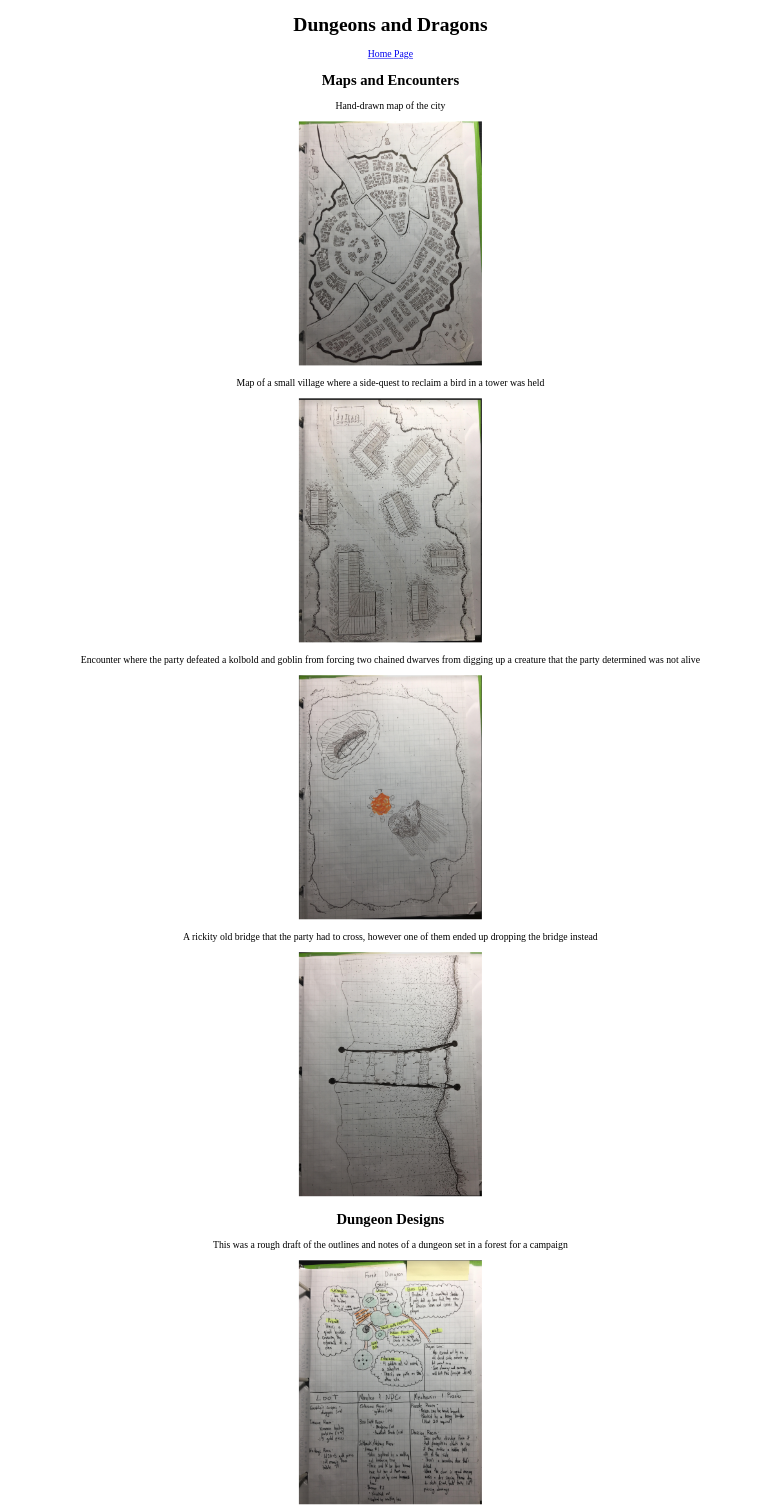
Repository: MaiJun21/MaiJun21.github.io
Page: dnd.html
The author's editor kept a record of every edit. The page is drawn from the files as they stood at one moment, then again after the next edit.
The browser window is 1280 px wide. The pictures show the whole page, at 61% of full size.

Above is the page before.

### dnd.html
<!DOCTYPE html>
<html>
<head>
<title>Page Title</title>
</head>
<center>
<body>

<h1 style="text-align:center;">Dungeons and Dragons</h1>
<a href="index.html">Home Page</a>

<h2 style="dnd/text-align:center;">Maps and Encounters</h2>
<p>Hand-drawn map of the city</p>

<img src="dnd/city.PNG" alt="Map of City" width="300" height="400">
<p>Map of a small village where a side-quest to reclaim a bird in a tower was held</p>

<img src="dnd/bub_town.PNG" alt="Map of Small Village" width="300" height="400">
<p>Encounter where the party defeated a kolbold and goblin from forcing two chained
dwarves from digging up a creature that the party determined was not alive</p>

<img src="dnd/thing_encounter.PNG" alt="Free Dwarves Encounter" width="300" height="400">
<p>A rickity old bridge that the party had to cross, however one of them
ended up dropping the bridge instead</p>

<img src="dnd/bridge_encounter.PNG" alt="Bridge Encounter" width="300" height="400">





<br>
<h2 style="text-align:center;">Dungeon Designs</h2>
<p>This was a rough draft of the outlines and notes of a dungeon set in a forest
for a campaign</p>
<img src="/dnd/forest_dungeon.PNG" alt="Initial Designs of a Forest Dungeon" width="300" height="400">

</body>
</center>
</html>

After the next edit:
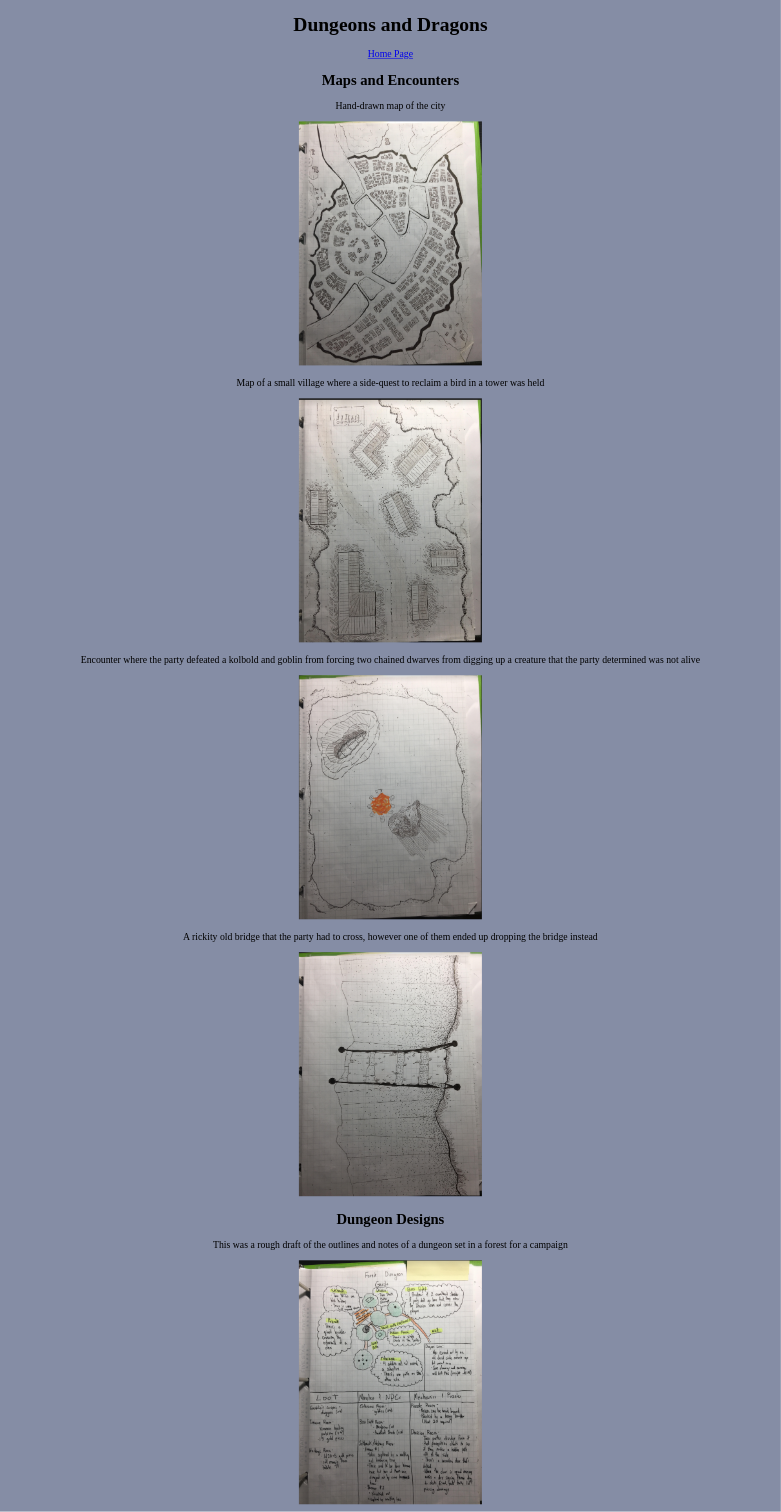
The edit:
--- a/dnd.html
+++ b/dnd.html
@@ -1,5 +1,10 @@
 <!DOCTYPE html>
 <html>
+     <style>
+    body{
+        background-image: url('images/bg.png');
+    }
+    </style>
 <head>
 <title>Page Title</title>
 </head>
